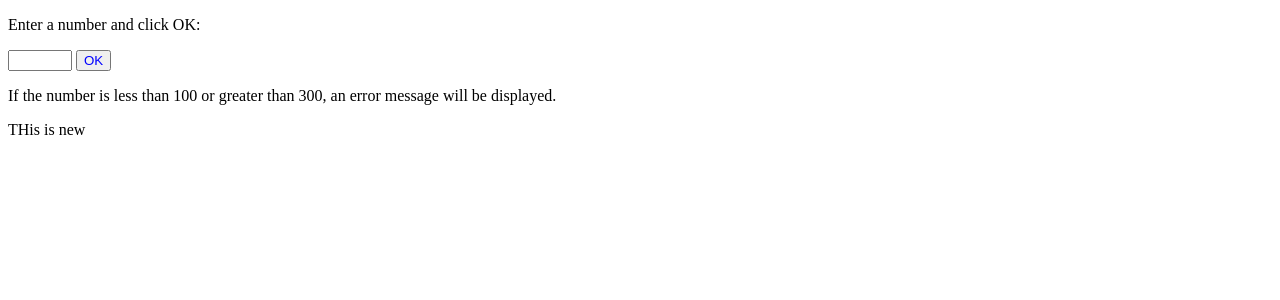
Repository: feefifofannie/SapientNitroTraining
Page: WebProject/Demos/FormDemo.html
The author's editor kept a copy of each file at every save. The page is drawn from the files as they stood at one save, then again after the next save.
The browser window is 1280 px wide. The pictures show the whole page.

Above is the page before, as saved 2015-09-11 06:24:33.
Console error: TypeError: name.fullName is not a function

After the next save:
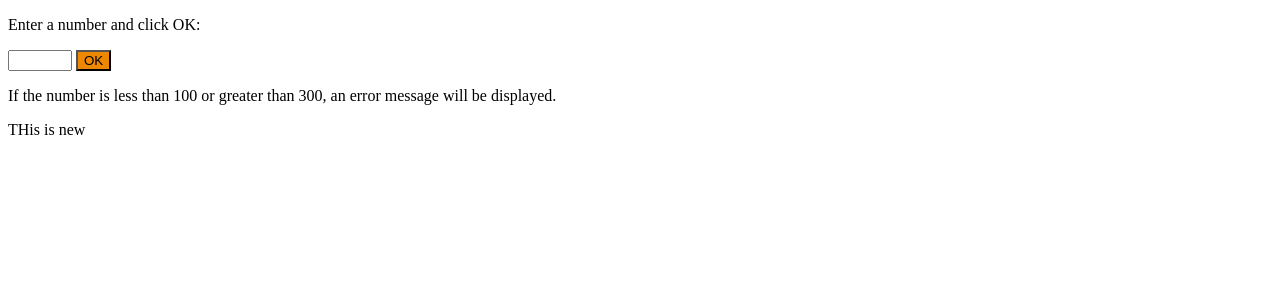
Saved 3 min 40 s later.
--- a/WebProject/Demos/FormDemo.html
+++ b/WebProject/Demos/FormDemo.html
@@ -16,7 +16,7 @@
 
 		<p id="demo"></p>
 	</div>
-	<script src="code.js"></script>
+
 	<script>
 		//dom example
 		var para = document.createElement("p");
@@ -25,7 +25,12 @@
 		var element = document.getElementById("div1");
 		element.appendChild(para);
 
-		document.getElementById("coloredbtn").style.color = "blue";
+		var rgb = [];
+
+		for(var i = 0; i < 3; i++){
+		    rgb.push(Math.floor(Math.random() * 255));
+		}
+		document.getElementById("coloredbtn").style.backgroundColor = 'rgb('+ rgb.join(',') +')';
 
 		function myFunction() {
 			var inpObj = document.getElementById("id1");
@@ -36,6 +41,7 @@
 			}
 		}
 	</script>
+	<script src="code.js"></script>
 
 </body>
 </html>
